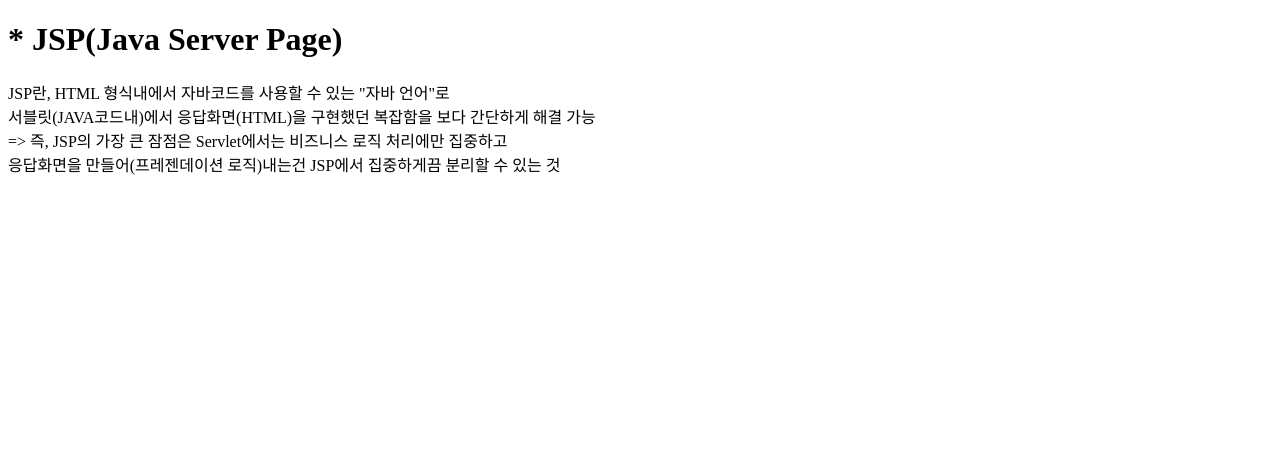
Repository: BrianH29/BH_webserver_workspace1
Page: webserver_workspace1/2_JSP/WebContent/index.html
These files come from the project's save history. The page is drawn as it stood at one moment and after the next save; the edit follows.
The browser window is 1280 px wide. The pictures show the whole page.

Above is the page before, as saved 2020-08-31 01:09:01.

### webserver_workspace1/2_JSP/WebContent/index.html
<!DOCTYPE html>
<html>
<head>
<meta charset="UTF-8">
<title>Insert title here</title>
</head>
<body>

	<h1>* JSP(Java Server Page)</h1>

	<p>
		JSP란, HTML 형식내에서 자바코드를 사용할 수 있는 "자바 언어"로<br>
		서블릿(JAVA코드내)에서 응답화면(HTML)을 구현했던 복잡함을 보다 간단하게 해결 가능 <br>
		=> 즉, JSP의 가장 큰 잠점은 Servlet에서는 비즈니스 로직 처리에만 집중하고 <br>
			응답화면을 만들어(프레젠데이션 로직)내는건 JSP에서 집중하게끔 분리할 수 있는 것
	</p>

</body>
</html>

After the next save:
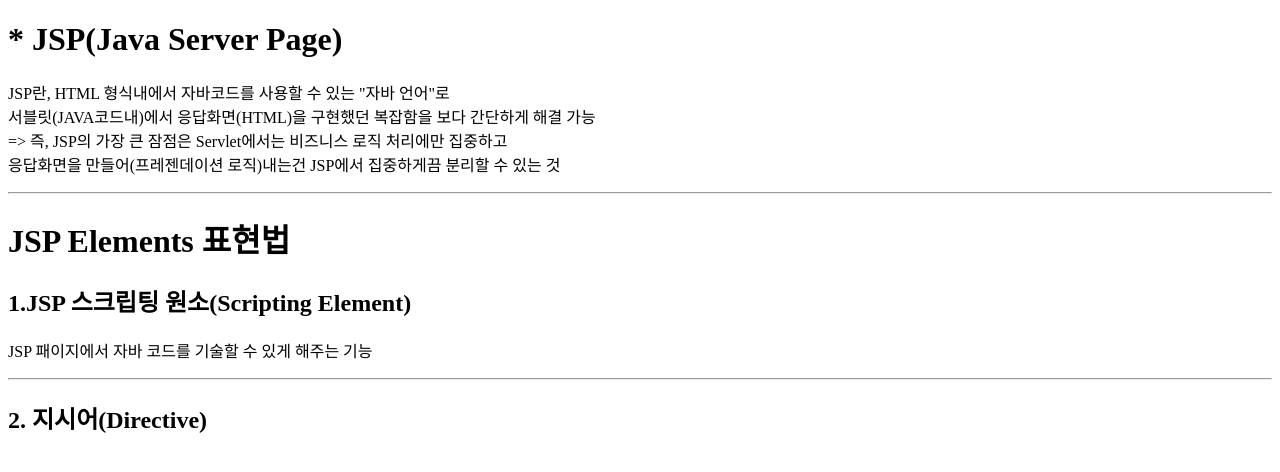
Saved 2 min 13 s later.
--- a/webserver_workspace1/2_JSP/WebContent/index.html
+++ b/webserver_workspace1/2_JSP/WebContent/index.html
@@ -15,5 +15,23 @@
 			응답화면을 만들어(프레젠데이션 로직)내는건 JSP에서 집중하게끔 분리할 수 있는 것
 	</p>
 
+	<hr>
+
+	<h1>JSP Elements 표현법</h1>
+
+	<h2>1.JSP 스크립팅 원소(Scripting Element)</h2>
+	<p>JSP 패이지에서 자바 코드를 기술할 수 있게 해주는 기능</p>
+
+
+
+
+
+
+	<hr>
+
+	<h2> 2. 지시어(Directive)</h2>
+
+
+
 </body>
 </html>
